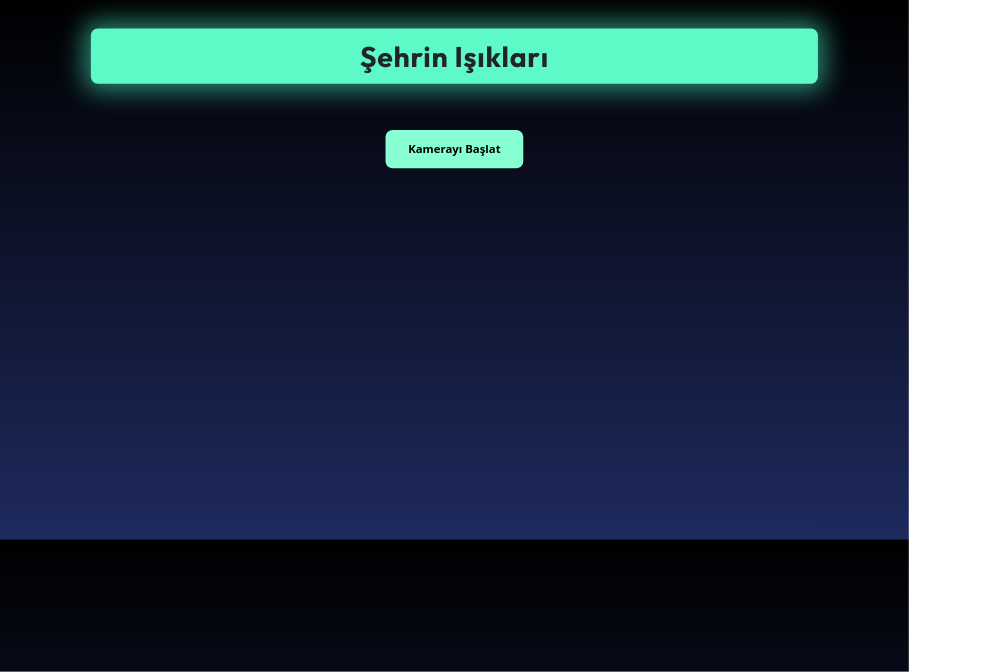
Repository: BiranOrundas/CameraQR
Page: index.html
These files come from the project's save history. The page is drawn as it stood at one moment and after the next save; the edit follows.
The browser window is 1280 px wide. The page is 1280 px wide, then 1408 px, so the pictures cover 1408 px, including what lies to the right of the window. The pictures show the whole page, at 71% of full size.

Above is the page before, as saved 2024-08-29 15:37:02.

After the next save:
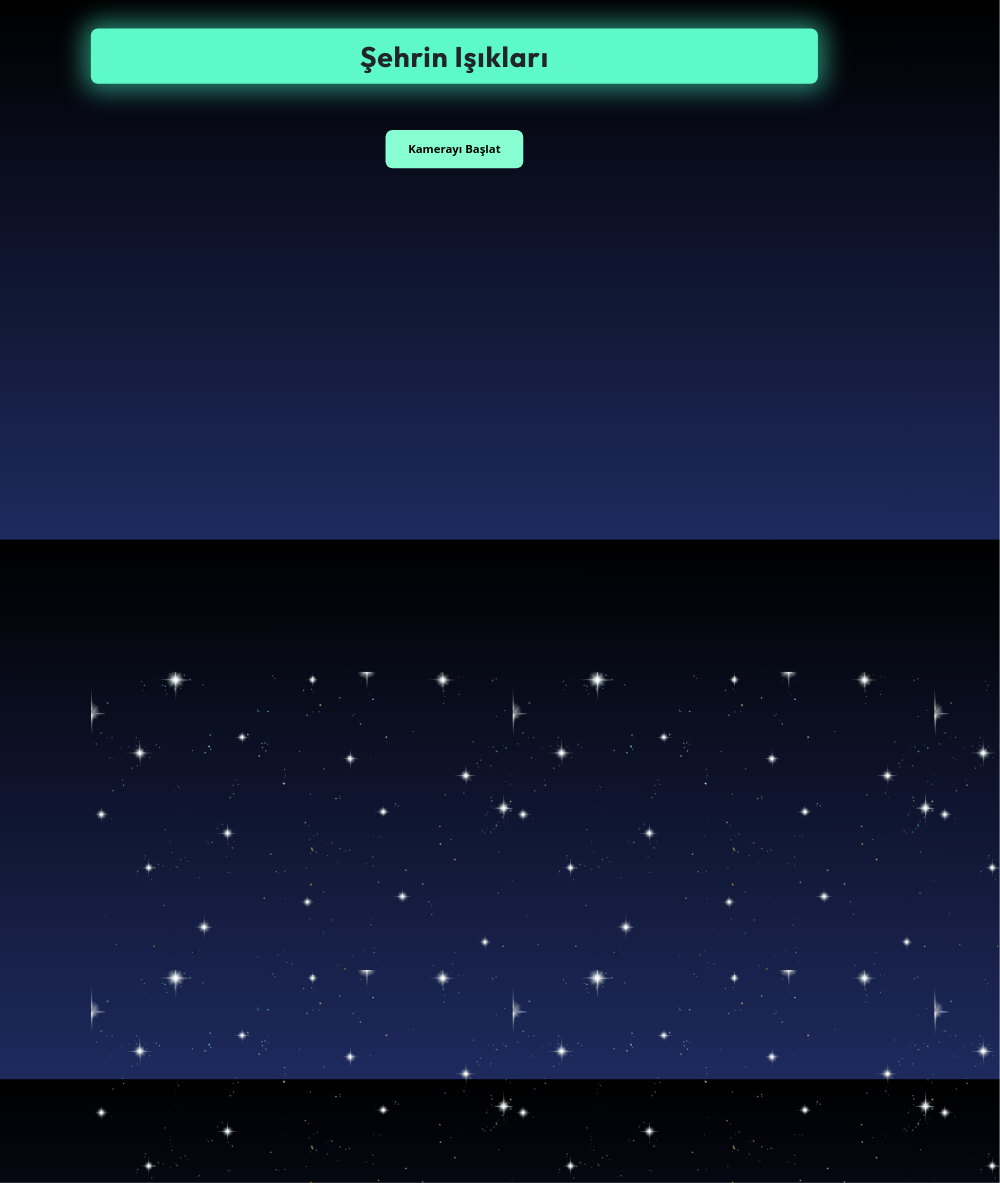
Saved 18 s later.
--- a/style.css
+++ b/style.css
@@ -9,7 +9,7 @@
   font-style: normal;
 }
 
-#start{
+#stars{
 
   background-image: url(/stars.png);
   height: 100vh;
